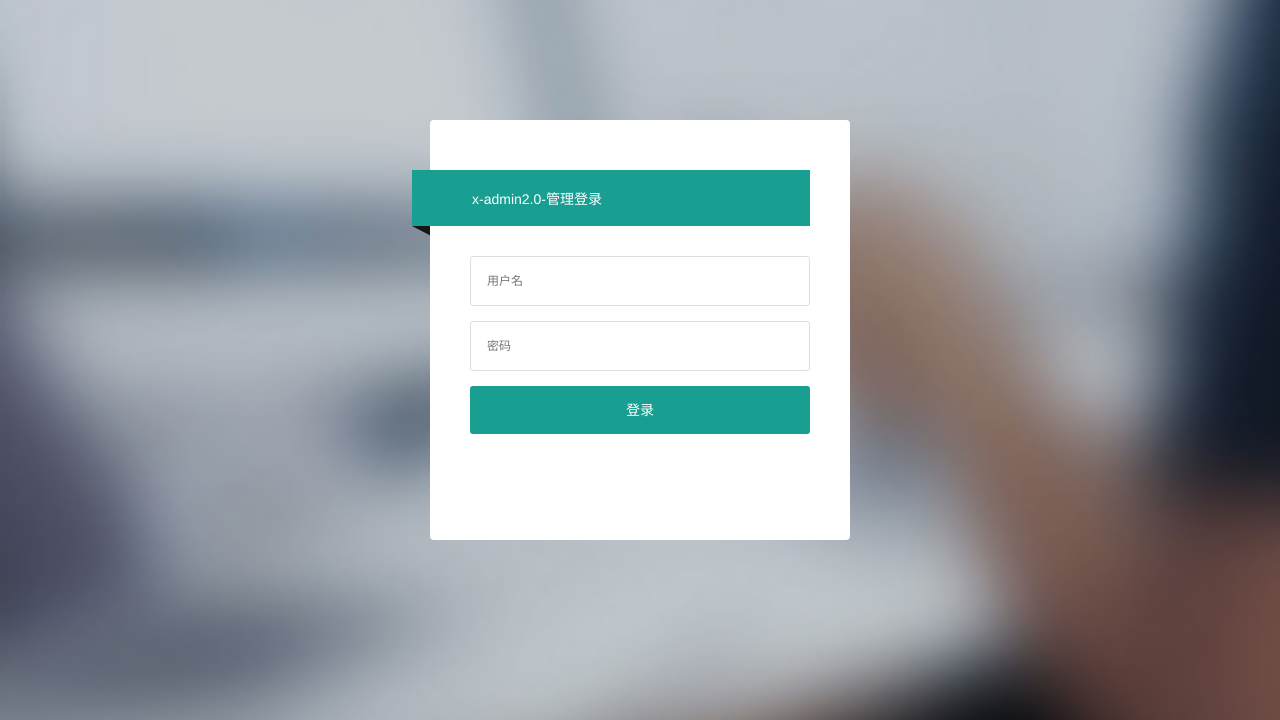
Repository: dfy777/DR-IntelligentManager
Page: IntelligentManager/src/main/resources/static/login.html
An editor plug-in stored every save of this project. The page is shown before and after the next save, followed by the edit.
The browser window is 1280 px wide. The pictures show the whole page.
Some web libraries are served in a nearby version.

Above is the page before, as saved 2021-04-29 13:00:15.

After the next save:
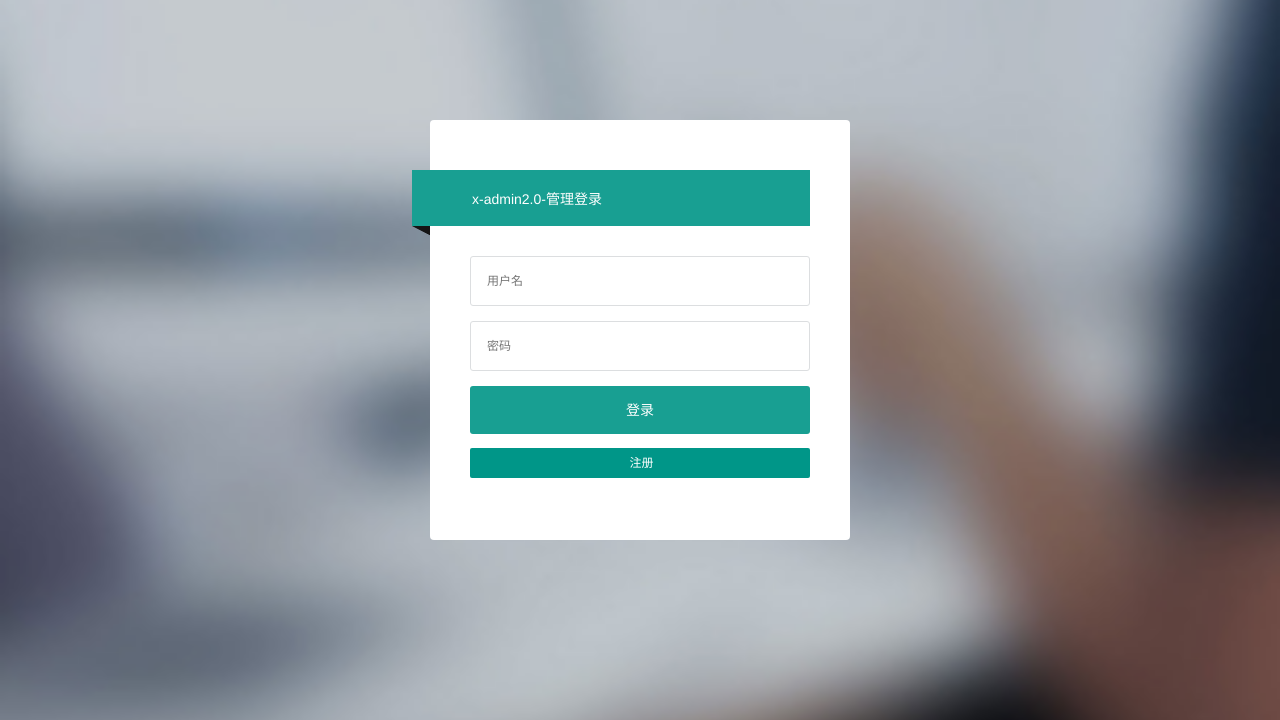
Saved 28 min 13 s later.
--- a/IntelligentManager/src/main/resources/static/login.html
+++ b/IntelligentManager/src/main/resources/static/login.html
@@ -7,11 +7,12 @@
     <meta http-equiv="X-UA-Compatible" content="IE=edge,chrome=1">
     <meta name="viewport" content="width=device-width,user-scalable=yes, minimum-scale=0.4, initial-scale=0.8,target-densitydpi=low-dpi" />
     <meta http-equiv="Cache-Control" content="no-siteapp" />
-    <link rel="stylesheet" href="/css/font.css">
-    <link rel="stylesheet" href="/css/login.css">
-	  <link rel="stylesheet" href="/css/xadmin.css">
+    <link rel="stylesheet" href="./css/font.css">
+    <link rel="stylesheet" href="./css/login.css">
+	  <link rel="stylesheet" href="./css/xadmin.css">
     <script type="text/javascript" src="https://cdn.bootcss.com/jquery/3.2.1/jquery.min.js"></script>
-    <script src="/lib/layui/layui.js" charset="utf-8"></script>
+    <script src="./lib/layui/layui.js" charset="utf-8"></script>
+    <script type="text/javascript" src="./js/xadmin.js"></script>
     <!--[if lt IE 9]>
       <script src="https://cdn.staticfile.org/html5shiv/r29/html5.min.js"></script>
       <script src="https://cdn.staticfile.org/respond.js/1.4.2/respond.min.js"></script>
@@ -28,7 +29,15 @@
             <hr class="hr15">
             <input id="password" name="password" lay-verify="required" placeholder="密码"  type="password" class="layui-input">
             <hr class="hr15">
-            <input value="登录" lay-submit lay-filter="login" style="width:100%;" type="submit">
+            <div>
+                <input value="登录" lay-submit lay-filter="login" style="width:100%;" type="submit">
+                <br />
+                <br />
+                <button class="layui-btn" type="button" style="width:100%;" onclick="xadmin.open('添加用户','./admin-add.html',600,450)">
+                    <i class="layui-icon"></i>注册
+                </button>
+
+            </div>
             <hr class="hr20" >
         </form>
     </div>
@@ -36,43 +45,39 @@
     <script>
         $(function  () {
             layui.use('form', function(){
-              var form = layui.form;
-              // layer.msg('玩命卖萌中', function(){
-              //   //关闭后的操作
-              //   });
-              //监听提交
-              form.on('submit(login)', function(data){
-            	var username = document.getElementById('username').value
-                var password = document.getElementById('password').value
-                var user = {"username":username,"password":password}
-                //layer.msg(user,function(){
-                //
-                //});
+                var form = layui.form;
+                form.on('submit(login)', function(data){
+                    var username = document.getElementById('username').value
+                    var password = document.getElementById('password').value
+                    var user = {"username":username,"password":password}
 
-                $.ajax({
-                	type:'get',
-                	url:'/home/user/sign-in/login',
-                	data:user,
-                	headers: {
-                        'Content-Type': 'application/json;charset=UTF-8'
-                    },
-                    success: function (res) {
-                        var successData = JSON.stringify(res)
-                        //successData = eval("(" + successData + ")")
-                        alert("message " + successData);
-                        //关闭当前frame
-                        xadmin.close();
-                        // 可以对父窗口进行刷新
-                        xadmin.father_reload();
-                    },
-                    error: function (res) {
-                        alert("error:通信错误");
-                    }
+                    $.ajax({
+                        type:'get',
+                        url:'/home/user/sign-in/login',
+                        data:user,
+                        headers: {
+                            'Content-Type': 'application/json;charset=UTF-8'
+                        },
+                        success: function (res) {
+                            var successData = JSON.stringify(res)
+                            //successData = eval("(" + successData + ")")
+                            alert("message " + successData);
+                            //关闭当前frame
+                            xadmin.close();
+                            // 可以对父窗口进行刷新
+                            xadmin.father_reload();
+                        },
+                        error: function (res) {
+                            alert("error:通信错误");
+                        }
+                    })
+
+                    return false;
+                });
+
+                form.on('submit(logup)', function(data){
+                    alert(1);
                 })
-
-
-                return false;
-              });
             });
         })
     </script>
